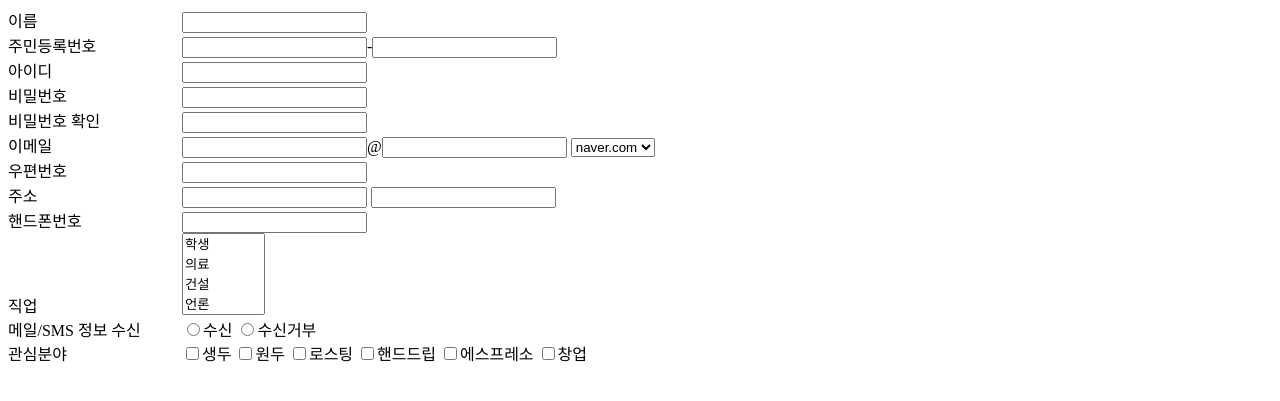
Repository: Yoon-jae-min/JSP-Servlet_Study
Page: http://localhost/self-study-01/join.jsp
The author's editor kept a copy of each file at every save. The page is drawn from the files as they stood at one save, then again after the next save.
The browser window is 1280 px wide. The pictures show the whole page.
The page is served by Tomcat 10. Other server files are loaded and not shown.

Above is the page before, as saved 2024-06-06 12:20:46.

### JSP&Servlet-selfStudy/self-study-01/src/main/webapp/join.jsp
<%@ page language="java" contentType="text/html; charset=EUC-KR"
    pageEncoding="EUC-KR"%>
<!DOCTYPE html>
<html>
<head>
<meta charset="EUC-KR">
<style>
	label{
		display:inline-block;
		width: 170px;
	}
</style>
<title>Insert title here</title>
</head>
<body>
	<form method="post">
		<label for="name">이름</label>
			<input type="text" id="name" name="name"><br>
		<label for="numFront">주민등록번호</label>
			<input type="text" id="numFront" name="numFront">-<input type="password" id="numBehind" name="numBehind"><br>
		<label for="userId")>아이디</label>
			<input type="text" id="userId" name="userId"><br>
		<label for="password">비밀번호</label>
			<input type="password" id="password" name="password"><br>
		<label for="passwordCheck">비밀번호 확인</label>
			<input type="password" id="passwordCheck" name="paswordCheck"><br>
		<label for="emailFront">이메일</label>
			<input type="text" id="emailFront" name="emailFront">@<input type="text" id="emailBehind" name="emailBehind">
			<select id="emailBehindSelect" name="emailBehind">
				<option>naver.com</option>
				<option>daum.net</option>
				<option>nate.com</option>
				<option>gmail.com</option>
			</select><br>
		<label for="addressNumber">우편번호</label>
			<input type="text" id="addressNumber" name="addressNumber"><br>
		<label for="addressFront">주소</label>
			<input type="text" id="addressFront" name="addressFront">
			<input type="text" id="addressBehind" name="addressBehind"><br>
		<label for="telNum">핸드폰번호</label>
			<input type="text" id="telNum" name="telNum"><br>
		<label for="job">직업</label>
			<select name="job" id="job" size="4">
				<option>학생</option>
				<option>의료</option>
				<option>건설</option>
				<option>언론</option>
				<option>공무원</option>
				<option>컴퓨터/인터넷</option>
			</select><br>
		<label for="agree">메일/SMS 정보 수신</label>
			<input type="radio" id="agree" name="agree" value="ok">수신
			<input type="radio" name="agree" value="no">수신거부<br>
		<label for="interest">관심분야</label>
			<input type="checkbox" id="interest" name="interest" value="생두">생두
			<input type="checkbox" name="interest" value="원두">원두
			<input type="checkbox" name="interest" value="로스팅">로스팅
			<input type="checkbox" name="interest" value="핸드드립">핸드드립
			<input type="checkbox" name="interest" value="에스프레소">에스프레소
			<input type="checkbox" name="interest" value="창업">창업
	</form>
</body>
</html>

After the next save:
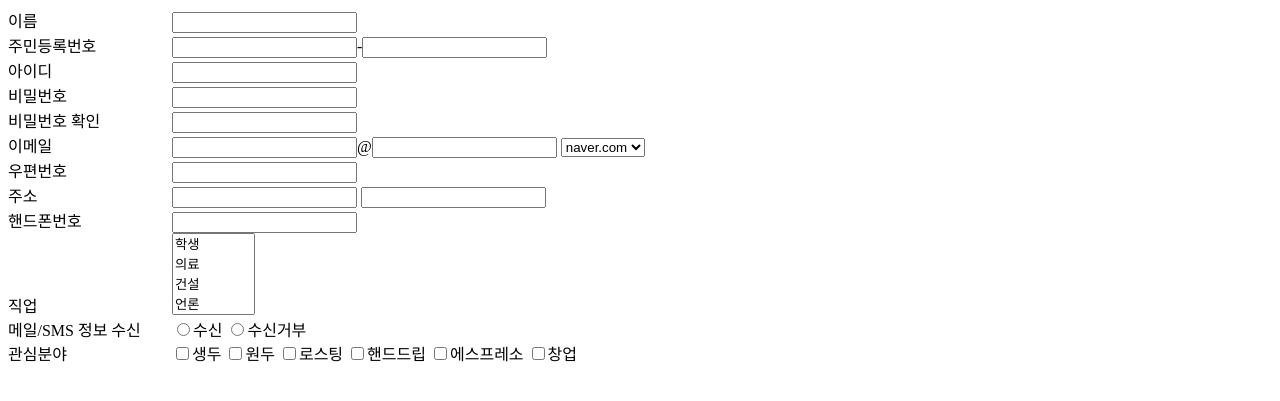
Saved 7 s later.
--- a/JSP&Servlet-selfStudy/self-study-01/src/main/webapp/join.jsp
+++ b/JSP&Servlet-selfStudy/self-study-01/src/main/webapp/join.jsp
@@ -7,7 +7,7 @@
 <style>
 	label{
 		display:inline-block;
-		width: 170px;
+		width: 160px;
 	}
 </style>
 <title>Insert title here</title>
